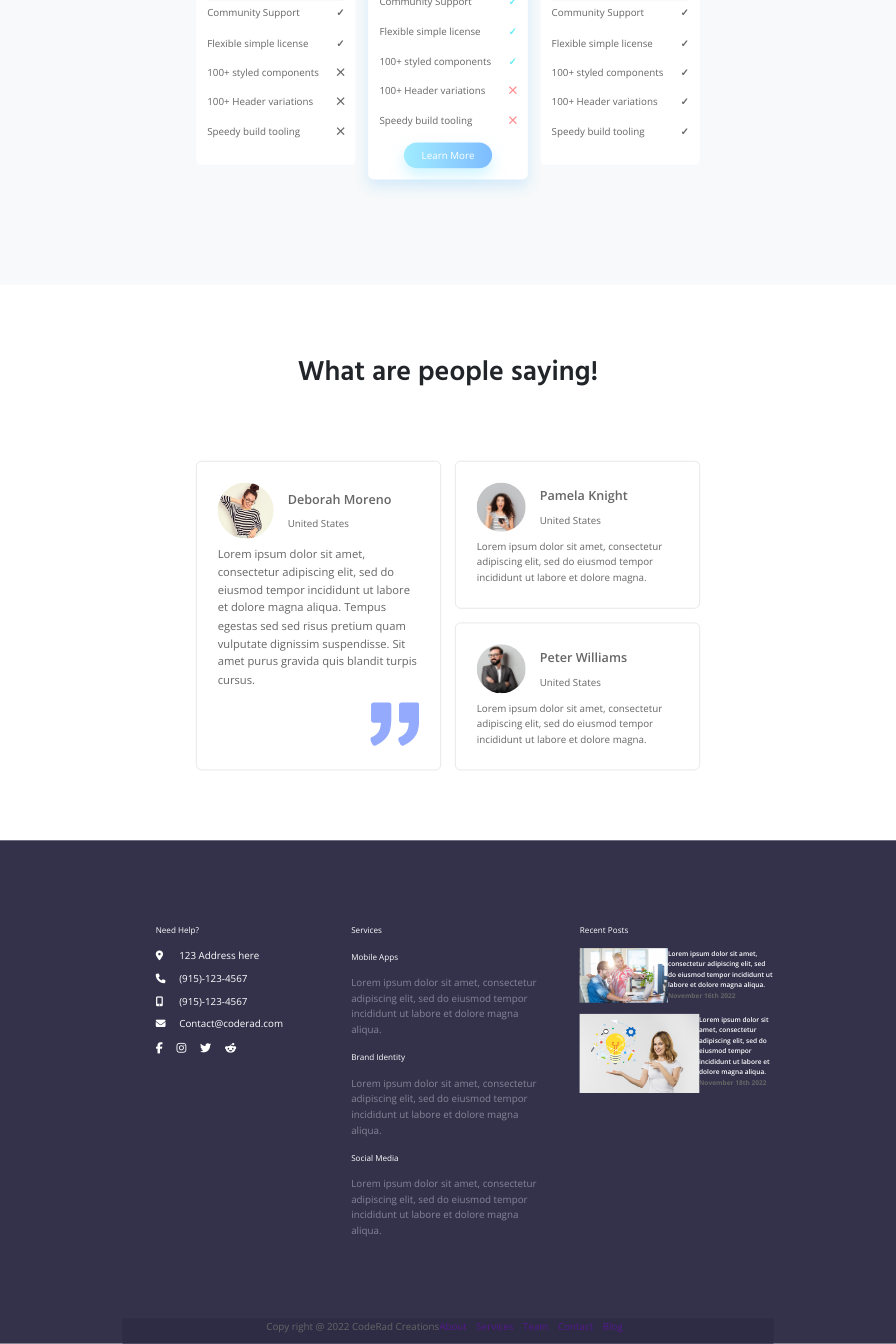
Repository: Sc-Juju/CodeRad
Page: index.html
The author's editor kept a copy of each file at every save. The page is drawn from the files as they stood at one save, then again after the next save.
The browser window is 1280 px wide. The pictures show the part of the page from y = 2908 to 4828 px (the page is 4828 px tall), at 70% of full size.
Some web libraries are served in a nearby version.

Above is the page before, as saved 2022-11-16 14:03:50.

### index.html
<!DOCTYPE html>
<html>
	<head>
		<meta charset="utf-8" />
		<meta http-equiv="X-UA-Compatible" content="IE=edge" />
		<title>CodeRad</title>
		<meta name="description" content="" />
		<meta name="viewport" content="width=device-width, initial-scale=1" />

		<script
			src="https://kit.fontawesome.com/020fb16134.js"
			crossorigin="anonymous"
		></script>

		<link
			href="https://fonts.googleapis.com/css2?family=Open+Sans:wght@300;400;600;700&display=swap"
			rel="stylesheet"
		/>
		<link
			href="https://fonts.googleapis.com/css2?family=Hind:wght@300;400;500;600;700&display=swap"
			rel="stylesheet"
		/>

		<link rel="stylesheet" href="./css/default.css" />
		<link rel="stylesheet" href="./css/styles.css" />
		<link rel="stylesheet" href="./css/responsive.css" />
	</head>
	<body>
		<nav class="navbar nav">
			<div class="container">
				<button
					class="navbar-toggler"
					aria-expanded="false"
					aria-controls="navbarDropdown"
				>
					<span>&#9776;</span>
				</button>
				<a class="navbar-brand" href="index.html">CodeRad</a>
				<ul class="navbar-nav">
					<li class="nav-link">
						<a href="#">Home</a>
					</li>

					<li class="nav-link">
						<a href="#">Blog</a>
					</li>
					<li class="nav-link">
						<a href="#">Portfolio</a>
					</li>
					<li class="nav-link">
						<a href="#">Contact</a>
					</li>
				</ul>
			</div>
		</nav>

		<header class="bg-header">
			<div class="container">
				<div class="hero-wrapper">
					<h2 class="hero-header">
						Young in our spirits and <br />
						modern look.
					</h2>
					<a class="btn btn-white" href="#">Learn more</a>
				</div>
			</div>
		</header>
		<!--Why me-->
		<section>
			<div class="container why-me-wrapper">
				<div class="block-text">
					<span>Why choose me</span>
					<h2>
						Meeting Your Needs <br />
						In Website Building
					</h2>
					<p>
						Lorem ipsum dolor sit amet, consectetur adipiscing elit,
						sed do eiusmod tempor incididunt ut labore et dolore
						magna aliqua.
					</p>
					<a href="" class="btn btn-primary">Learn More</a>
				</div>
				<div>
					<img src="./CodeRad-assets/image2.svg" alt="Icon Chart" />
				</div>
			</div>
		</section>
		<!--Services-->
		<section class="bg-contrast">
			<div class="container service-grid">
				<div class="service-card">
					<span class="bg-color-1"></span>
					<div>
						<h3>Branding</h3>
						<p>
							Lorem ipsum dolor sit amet, consectetur adipiscing
							elit, sed do eiusmod tempor incididunt ut labore et
							dolore magna aliqua. Ut morbi tincidunt augue
							interdum velit euismod in pellentesque. Congue
							mauris rhoncus aenean vel.
						</p>
					</div>
				</div>
				<div class="service-card">
					<span class="bg-color-2"></span>
					<div>
						<h3>Design & UX</h3>
						<p>
							Lorem ipsum dolor sit amet, consectetur adipiscing
							elit, sed do eiusmod tempor incididunt ut labore et
							dolore magna aliqua. Ut morbi tincidunt augue
							interdum velit euismod in pellentesque. Congue
							mauris rhoncus aenean vel.
						</p>
					</div>
				</div>
				<div class="service-card">
					<span class="bg-color-3"></span>
					<div>
						<h3>Development</h3>
						<p>
							Lorem ipsum dolor sit amet, consectetur adipiscing
							elit, sed do eiusmod tempor incididunt ut labore et
							dolore magna aliqua. Ut morbi tincidunt augue
							interdum velit euismod in pellentesque. Congue
							mauris rhoncus aenean vel.
						</p>
					</div>
				</div>
				<div class="service-card">
					<span class="bg-color-4"></span>
					<div>
						<h3>User analysis</h3>
						<p>
							Lorem ipsum dolor sit amet, consectetur adipiscing
							elit, sed do eiusmod tempor incididunt ut labore et
							dolore magna aliqua. Ut morbi tincidunt augue
							interdum velit euismod in pellentesque. Congue
							mauris rhoncus aenean vel.
						</p>
					</div>
				</div>
				<div class="service-card">
					<span class="bg-color-5"></span>
					<div>
						<h3>UX Research</h3>
						<p>
							Lorem ipsum dolor sit amet, consectetur adipiscing
							elit, sed do eiusmod tempor incididunt ut labore et
							dolore magna aliqua. Ut morbi tincidunt augue
							interdum velit euismod in pellentesque. Congue
							mauris rhoncus aenean vel.
						</p>
					</div>
				</div>
				<div class="service-card">
					<span class="bg-color-6"></span>
					<div>
						<h3>SEO Service</h3>
						<p>
							Lorem ipsum dolor sit amet, consectetur adipiscing
							elit, sed do eiusmod tempor incididunt ut labore et
							dolore magna aliqua. Ut morbi tincidunt augue
							interdum velit euismod in pellentesque. Congue
							mauris rhoncus aenean vel.
						</p>
					</div>
				</div>
			</div>
		</section>

		<!--Video Demo-->
		<section class="video-demo">
			<div class="container">
				<div class="block-text">
					<h2>Telling Our Story</h2>
					<p>
						Lorem ipsum dolor sit amet, consectetur adipiscing elit,
						sed do eiusmod tempor <br />
						incididunt ut labore et dolore magna aliqua.
					</p>
				</div>
				<div class="video-box">
					<a href="#" class="video-btn">
						<img
							src="./CodeRad-assets/play.svg"
							alt="Play Video Button"
						/>
					</a>
					<img
						src="./CodeRad-assets/demo-video-thumbnail.jpg"
						alt="Video thumbnail"
					/>
				</div>
			</div>
		</section>

		<!--Pricing plans-->
		<section class="bg-contrast">
			<div class="block-text pricing-header">
				<h2>Choose The Right Package For You!</h2>
				<p>
					Lorem ipsum dolor sit amet, consectetur adipiscing elit, sed
					do eiusmod tempor <br />
					incididunt ut labore et dolore magna aliqua.
				</p>
			</div>
			<div class="pricing-table">
				<div class="price-card">
					<h3>Basic</h3>
					<div class="price">$99.90</div>
					<div class="billed">per month</div>
					<hr />
					<ul>
						<li>
							<span class="title">Community Support</span>
							<span class="icon">&#10003;</span>
						</li>
						<li>
							<span class="title">Flexible simple license</span>
							<span class="icon">&#10003;</span>
						</li>
						<li>
							<span class="title">100+ styled components</span>
							<span class="icon">&#10761;</span>
						</li>
						<li>
							<span class="title">100+ Header variations</span>
							<span class="icon">&#10761;</span>
						</li>
						<li>
							<span class="title">Speedy build tooling</span>
							<span class="icon">&#10761;</span>
						</li>
					</ul>
				</div>

				<div class="price-card featured">
					<h3>Standard</h3>
					<div class="price">$199.90</div>
					<div class="billed">per month</div>
					<hr />
					<ul>
						<li>
							<span class="title">Community Support</span>
							<span class="icon checked">&#10003;</span>
						</li>
						<li>
							<span class="title">Flexible simple license</span>
							<span class="icon checked">&#10003;</span>
						</li>
						<li>
							<span class="title">100+ styled components</span>
							<span class="icon checked">&#10003;</span>
						</li>
						<li>
							<span class="title">100+ Header variations</span>
							<span class="icon times">&#10761;</span>
						</li>
						<li>
							<span class="title">Speedy build tooling</span>
							<span class="icon times">&#10761;</span>
						</li>
						<div class="plan-btn-wrapper">
							<a href="" class="btn btn-primary">Learn More</a>
						</div>
					</ul>
				</div>

				<div class="price-card">
					<h3>Enterprise</h3>
					<div class="price">$499.90</div>
					<div class="billed">per month</div>
					<hr />
					<ul>
						<li>
							<span class="title">Community Support</span>
							<span class="icon">&#10003;</span>
						</li>
						<li>
							<span class="title">Flexible simple license</span>
							<span class="icon">&#10003;</span>
						</li>
						<li>
							<span class="title">100+ styled components</span>
							<span class="icon">&#10003;</span>
						</li>
						<li>
							<span class="title">100+ Header variations</span>
							<span class="icon">&#10003;</span>
						</li>
						<li>
							<span class="title">Speedy build tooling</span>
							<span class="icon">&#10003;</span>
						</li>
					</ul>
				</div>
			</div>
		</section>

		<!--Testimonials-->
		<section class="testimonials">
			<div class="block-text">
				<h2>What are people saying!</h2>
			</div>
			<div class="testimonial-grid">
				<div class="testimonial-card lg">
					<div class="top">
						<img
							src="./CodeRad-assets/1.png"
							alt=""
							class="profile"
						/>
						<div class="top-info">
							<h4>Deborah Moreno</h4>
							<span>United States</span>
						</div>
					</div>
					<div class="bottom">
						<p>
							Lorem ipsum dolor sit amet, consectetur adipiscing
							elit, sed do eiusmod tempor incididunt ut labore et
							dolore magna aliqua. Tempus egestas sed sed risus
							pretium quam vulputate dignissim suspendisse. Sit
							amet purus gravida quis blandit turpis cursus.
						</p>
						<span>
							<img
								src="./CodeRad-assets/quote-colored.svg"
								alt="quote"
								class="quote"
							/>
						</span>
					</div>
				</div>

				<div class="testimonial-card md">
					<div class="top">
						<img
							src="./CodeRad-assets/2.png"
							alt=""
							class="profile"
						/>
						<div class="top-info">
							<h4>Pamela Knight</h4>
							<span>United States</span>
						</div>
					</div>
					<div class="bottom">
						<p>
							Lorem ipsum dolor sit amet, consectetur adipiscing
							elit, sed do eiusmod tempor incididunt ut labore et
							dolore magna.
						</p>
					</div>
				</div>

				<div class="testimonial-card md">
					<div class="top">
						<img
							src="./CodeRad-assets/3.png"
							alt=""
							class="profile"
						/>
						<div class="top-info">
							<h4>Peter Williams</h4>
							<span>United States</span>
						</div>
					</div>
					<div class="bottom">
						<p>
							Lorem ipsum dolor sit amet, consectetur adipiscing
							elit, sed do eiusmod tempor incididunt ut labore et
							dolore magna.
						</p>
					</div>
				</div>
			</div>
		</section>
		<!--Footer-->
		<footer class="bg-footer">
			<div class="container">
				<section class="footer-top">
					<div class="footer-col">
						<h5>Need Help?</h5>
						<div class="contact-info">
							<ul>
								<li>
									<i class="fa-solid fa-location-dot"></i>
									123 Address here
								</li>
								<li>
									<i class="fa-solid fa-phone"></i>
									(915)-123-4567
								</li>
								<li>
									<i
										class="fa-solid fa-mobile-screen-button"
									></i>
									(915)-123-4567
								</li>
								<li>
									<i class="fa-solid fa-envelope"></i>
									Contact@coderad.com
								</li>
							</ul>
						</div>
						<div class="social-icons">
							<ul>
								<li>
									<a href=""
										><i class="fa-brands fa-facebook-f"></i
									></a>
								</li>
								<li>
									<a href=""
										><i class="fa-brands fa-instagram"></i
									></a>
								</li>
								<li>
									<a href=""
										><i class="fa-brands fa-twitter"></i
									></a>
								</li>
								<li>
									<a href=""
										><i
											class="fa-brands fa-reddit-alien"
										></i
									></a>
								</li>
							</ul>
						</div>
					</div>
					<div class="footer-col">
						<h5>Services</h5>
						<div class="services-wrapper">
							<h5>Mobile Apps</h5>
							<p>
								Lorem ipsum dolor sit amet, consectetur
								adipiscing elit, sed do eiusmod tempor
								incididunt ut labore et dolore magna aliqua.
							</p>
						</div>
						<div class="services-wrapper">
							<h5>Brand Identity</h5>
							<p>
								Lorem ipsum dolor sit amet, consectetur
								adipiscing elit, sed do eiusmod tempor
								incididunt ut labore et dolore magna aliqua.
							</p>
						</div>
						<div class="services-wrapper">
							<h5>Social Media</h5>
							<p>
								Lorem ipsum dolor sit amet, consectetur
								adipiscing elit, sed do eiusmod tempor
								incididunt ut labore et dolore magna aliqua.
							</p>
						</div>
					</div>
					<div class="footer-col">
						<h5>Recent Posts</h5>
						<div class="recent-posts">
							<div class="post-img-wrapper">
								<img
									src="./CodeRad-assets/blog1.jpg"
									alt="blog1"
								/>
							</div>
							<div class="post-inner">
								<h6>
									<a href=""
										>Lorem ipsum dolor sit amet, consectetur
										adipiscing elit, sed do eiusmod tempor
										incididunt ut labore et dolore magna
										aliqua.</a
									>
								</h6>
								<h6>November 16th 2022</h6>
							</div>
						</div>
						<div class="recent-posts">
							<div class="post-img-wrapper">
								<img
									src="./CodeRad-assets/blog2.jpg"
									alt="blog2"
								/>
							</div>
							<div class="post-inner">
								<h6>
									<a href=""
										>Lorem ipsum dolor sit amet, consectetur
										adipiscing elit, sed do eiusmod tempor
										incididunt ut labore et dolore magna
										aliqua.</a
									>
								</h6>
								<h6>November 18th 2022</h6>
							</div>
						</div>
					</div>
				</section>
				<section class="footer-bottom">
					<div class="footer-bottom-wrapper">
						<div class="copyright">
							<p>Copy right @ 2022 CodeRad Creations</p>
						</div>
						<div class="footer-bottom-links">
							<ul>
								<li><a href="">About</a></li>
								<li><a href="">Services</a></li>
								<li><a href="">Team</a></li>
								<li><a href="">Contact</a></li>
								<li><a href="">Blog</a></li>
							</ul>
						</div>
					</div>
				</section>
			</div>
		</footer>
	</body>
</html>

### css/default.css
:root{
    --white:#fff;
    --black: #000;
    --font-color-base:#666;
    --font-color-dark:#212529;
    --font-color-light:#b0aebe;
    --font-color-link:#57a6ff;
    --footer:#34314b;
    --footer-base:#2e2b45;
    --contrast:rgba(246, 248, 249, 0.8);
    --success: #64ecf5;
    --danger:#ff8b8d;
    --grad-1:#a1ecff;
    --grad-2:#7dbcff;


    --size-10:0.625rem;
    --size-14:0.875rem;
    --size-16:1rem;
    --size-18:1.125rem;
    --size-20:1.25rem;
    --size-30:1.875rem;
    --size-40:2.5rem;
    --size-50:3.125rem;
    --size-100:6.25rem;
    --size-150:9.375rem;
}
body{
    font-family:"Open Sans", sans-serif;
    font-weight: 400;
    font-size:0.875rem;
    line-height: 1.6;
    letter-spacing: 0;
    color: var(--font-color-base);
    margin:0;
    padding:0;
}
*,
::after,
::before{
    box-sizing: border-box;
}
ul{
    padding:0;
    margin:0;
    list-style: none;
}
a {text-decoration: none;}
p {margin-top:0;}
h2{
    font-size:1.75rem;
    font-weight:500;
    line-height:1.2;
}
img {
    width:100%;
    max-width:100%;
    vertical-align:middle;
    border-style: none;
}
.container{
    width: 100%;
    padding-left:15px;
    padding-right:15px;
    margin-right:auto;
    margin-left:auto;
}

.btn{
    display: inline-block;
    font-weight: 400;
    color: var(--font-color-dark);
    text-align: center;
    cursor: pointer;
    user-select: none;
    background-color: transparent;
    border: 1px solid transparent;
    padding: .375rem .75rem;
    border-radius:1.25rem;
    transition: ease-in-out .3s;
}
.btn-primary{
    background-image: linear-gradient(90deg, var(--grad-1)0%, var(--grad-2)100%);
    border: 1px var(--grad-1);
    box-shadow: 0 10px 20px rgba(161, 236, 255, .5);
    transition: ease-in-out .3s;
    color: var(--white);
    padding: .4375rem 1.5625rem;
}

.btn-white{
    background-color: var(--white);
    color: var(--font-color-link);
    box-shadow: 0px 10px 20px rgba(255, 255, 255, .35);
    padding: .475rem 1.75rem;
}

@media (min-width:768px){
    .pricing-table,
    .testimonial-grid{max-width:720px;}
}

@media (min-width:992px){
    footer .container{ max-width: 960px; }
}

@media (min-width:1200px){
    .container{ max-width: 1140px; }
}

### css/styles.css
.navbar{
    position: fixed;
    top: 0;
    right: 0;
    left: 0;
    z-index: 200;
    transition: ease-in-out .3s;
}
[aria-controls="navbarDropdown"]{
    display:none;
}
.navbar-nav{
    display: flex;
    align-items: center;
}
.navbar .container{
    display: flex;
    align-items: center;
}
.navbar-brand{
    margin-right:auto;
    font-size: 2rem;
    font-weight: 700;
    width: 100%;
    transition: ease-in-out .3s;
    color: var(--white);

}
.bg-header,
.video-demo{
    background-color: var(--footer);
    background-repeat: no-repeat;
    background-size: cover;
    background-position:50% 20%;
    position: relative;
    z-index: 1;
    padding: 4.6875rem 0;
}
.bg-header{background-image: url(../CodeRad-assets/bg-header-1.jpg);}
.video-demo{background-image: url(../CodeRad-assets/bg-demo.jpg);}
.bg-header::before{
    background-image: linear-gradient(30deg,
    rgba(21,27,38, .8)0%,
    rgba(0,0,0,.2)100%);
    position: absolute;
    content:"";
    top: 0;
    left: 0;
    right: 0;
    bottom: 0;
    width: 100%;
    height: 100%;
    z-index: -1;
}
.nav-link a{
    color: var(--white);
    font-size: .8125rem;
    font-weight: 600;
    font-family: "Hind", sans-serif;
    text-transform: uppercase;
    margin-right: 2.5rem;
    line-height: 1.25rem;
}
.hero-header{
    color: var(--white);
}
.why-me-wrapper{
    display: flex;
    align-items: center;
}
.why-me-wrapper div{
    flex: 1;
}
.block-text{
    padding-right: var(--size-50);
}
.block-text span{
    color: var(--font-color-dark);
    font-weight: 300;
}
.block-text h2{
    font-size: var(--size-40);
    font-family: "Hind", sans-serif;
    font-weight: 600;
    color: var(--font-color-dark);
    margin-bottom: var(--size-20);
    line-height: 1.3;
    margin-top: 0.5rem;
}
.bg-contrast{
    background-color: var(--contrast);
    padding: var(--size-150) 0;
    margin: 0 auto;
}
.service-grid{
    display: grid;
    grid-template-columns: repeat(auto-fit,minmax(300px, 1fr));
    gap: var(--size-20);
}
.service-card{
    padding: var(--size-30);
    box-shadow: 0 0 10px rgba(48, 63, 100, .15);
    background: white;
    border-radius: 8px;
}
.service-card span{
    width:4.375rem;
    height: 4.375rem;
    background: green;
    display: block;
    float: left;
    margin-right: 15px;
    border-radius: 50%;
    background: var(--font-color-light);
}
span.bg-color-1 {background-image: linear-gradient(90deg, #9ccdf3 0%, #94aafd 100%);}
span.bg-color-2 {background-image: linear-gradient(90deg, #55edc0 0%, #4bdbdb 100%);}
span.bg-color-3 {background-image: linear-gradient(90deg, #fda498 0%, #f58b9e 100%);}
span.bg-color-4 {background-image: linear-gradient(90deg, #f2a7ca 0%, #c289f4 100%);}
span.bg-color-5 {background-image: linear-gradient(90deg, #ffc187 0%, #fe93a7 100%);}
span.bg-color-6 {background-image: linear-gradient(90deg, #a1ecff 0%, #7dbcff 100%);}

.video-demo{text-align: center;}
.video-demo .block-text{padding-right: 0;}

.video-demo .block-text h2,
.video-demo .block-text p{
    color: var(--white);
}

.video-btn{
    position: absolute;
    top: 50%;
    left: 50%;
    transform: translate(-50%, -50%);
    box-shadow: 0 10px 20px rgba(57, 166, 251, .3);
}
.video-btn img{
    height: var(--size-100);
    width: var(--size-100);
}
.video-box{
    position: relative;
    margin-bottom: -9.375rem;
    z-index: 100;
}
.video-box > img{
    max-width: 600px;
    border-radius: 8px;
}
.block-text.pricing-header{
    text-align: center;
    padding-right: 0;
    margin: var(--size-100) 0;
}
.pricing-table{
    display: grid;
    grid-template-columns: repeat(auto-fit, minmax(215px, 1fr));
    gap: var(--size-18);
    margin: auto;
    align-items: flex-start;
}
.price-card{
    background-color:var(--white);
    border-radius: 8px;
    padding: var(--size-16);
}
.price-card .checked{color: var(--success);}
.price-card .times{color: var(--danger);}

.price-card.featured{
    box-shadow: 0 10px 20px rgba(82,179,255,.2);
    margin-top: -1rem;
}
.price-card h3{
    margin-top: var(--size-40);
    font-size: var(--size-18);
    color: var(--font-color-dark);
    font-weight: 600;
}
.plan-card hr{margin: 2rem 0 1rem;}
.price{
    color: var(--font-color-link);
    font-size: var(--size-30);
    font-weight: 600;
}
.price-card h3,
.price-card .price,
.price-card .billed{text-align: center;}

.price-card li{margin-bottom: var(--size-20);}
.price-card .icon{
    float: right;
    font-weight:600;
}
.plan-btn-wrapper{text-align: center;}

.testimonials{ margin: var(--size-100) 0;}

.testimonial-grid{
    display: grid;
    grid-template-columns: repeat(auto-fit, minmax(300px, 1fr));
    grid-template-rows: 1fr 1fr;
    gap: var(--size-20);
    margin: 0 auto;
}

.testimonials .block-text{
    padding-right: 0;
    text-align: center;
    margin: var(--size-100) 0;
}

.testimonial-card{
    border: 1px solid #dedede;
    border-radius: 8px;
    padding: var(--size-30);
}

.testimonial-card.lg{
    grid-row: 1 / 3;
    grid-column: 1 / 2;
}

.testimonial-card.lg .quote{
    width: 4.375rem;
    float: right;
    margin-top: var(--size-16);
}

.testimonial-card.md .bottom p{ font-size: var(--size-14);}

.testimonial-card .top{
    display:flex;
    align-items: center;
    padding-bottom: var(--size-10);
}

.testimonial-card img.profile{
    width: 4.375rem;
    border-radius: 50%;
    margin-right: var(--size-20);
}

.testimonial-card.lg img.profile{ width: 5rem;}

.top h4{
    margin-top: 0;
    margin-bottom: var(--size-10);
    font-weight: 600;
    font-size: var(--size-18);
}

.bottom p{
    margin: 0;
    font-size: var(--size-16);
    line-height: 1.6;
}

footer.bg-footer{ background-color: var(--footer);}
footer .footer-bottom{ background-color: var(--footer-base);}

footer .footer-top {
    display: grid;
    grid-template-columns: repeat( auto-fit, minmax(250px, 1fr));
    gap: var(--size-50);
    padding: var(--size-100) 0;
}

footer .footer-col{justify-self: center;}

.footer-top h5{
    color: var(--white);
    font-weight: 500;
    margin-bottom: var(--size-16);
}

.contact-info li{
    color: var(--white);
    margin-bottom: var(--size-10);
}

.contact-info li i{ width: var(--size-30);}

.social-icons ul li {
    display: inline-block;
    margin-right: var(--size-16);
}

.social-icons ul li a{
    color: var(--white);
    font-size: var(--size-16);
}

.services-wrapper p { color: #858497;}

.recent-posts{
    display: flex;
    margin-bottom: var(--size-16);
}

.recent-posts .post-wrapper-wrapper{
    width: var(--size-100);
    margin-right: var(--size-10);
}

.post-inner h6{ margin: 0; }

.post-inner h6 a{
    color: var(--white);
    font-weight: 600;
}

.post-inner span{
    color: var(--font-color-light);
    font-size: var(--size-10);
}

.footer-bottom-wrapper{
    display: flex;
    justify-self: center;
}

.footer-bottom-links ul li{
    display: inline-block;
    margin-right: var(--size-10);
}

Loaded but not shown: css/responsive.css (no copy from this time; the picture is the same without it)

After the next save:
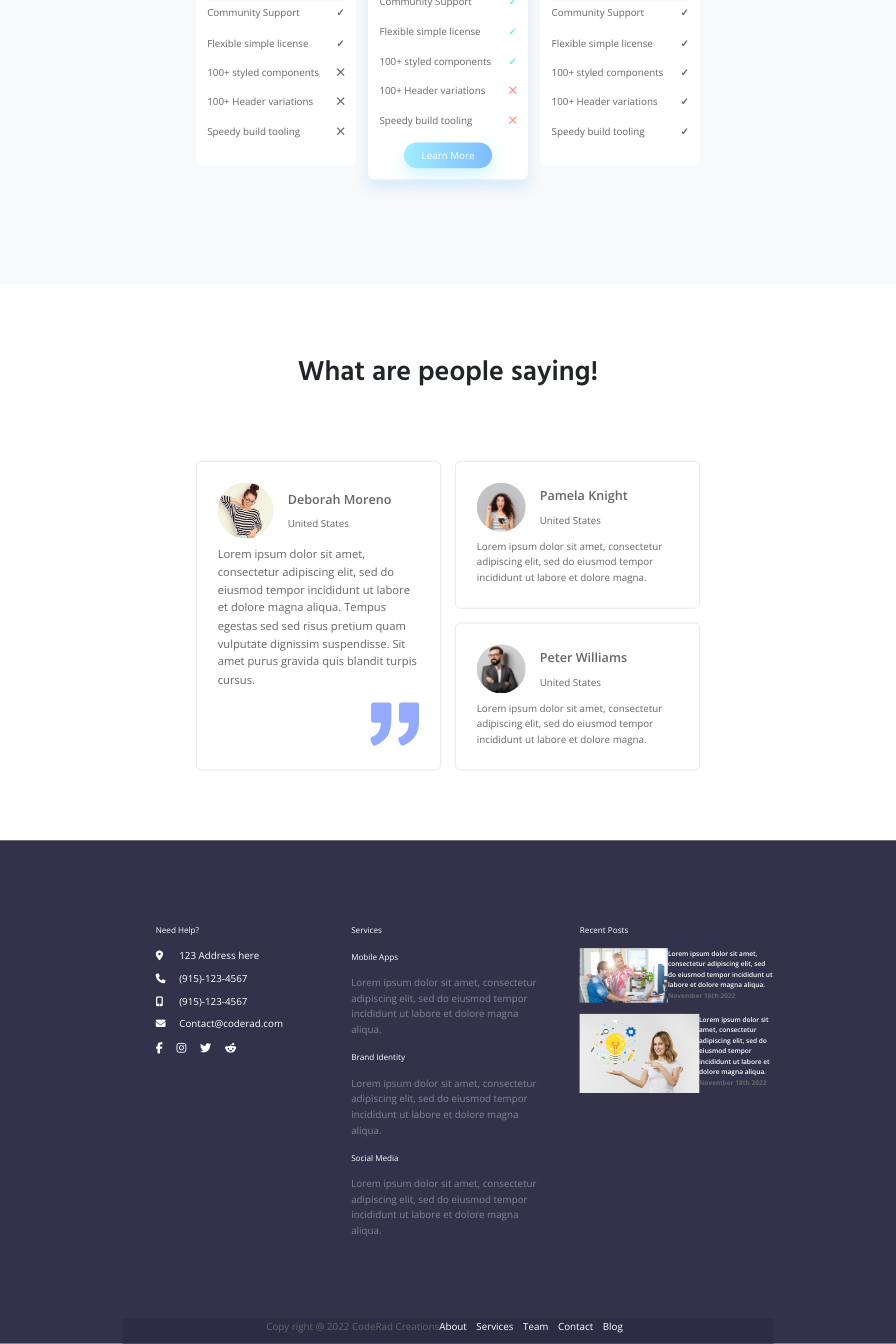
Saved 115 s later.
--- a/css/styles.css
+++ b/css/styles.css
@@ -318,10 +318,12 @@ footer .footer-col{justify-self: center;}
 
 .footer-bottom-wrapper{
     display: flex;
-    justify-self: center;
+    justify-content: center;
 }
 
 .footer-bottom-links ul li{
     display: inline-block;
     margin-right: var(--size-10);
 }
+
+.footer-bottom-links ul li a{ color: var(--white); }
